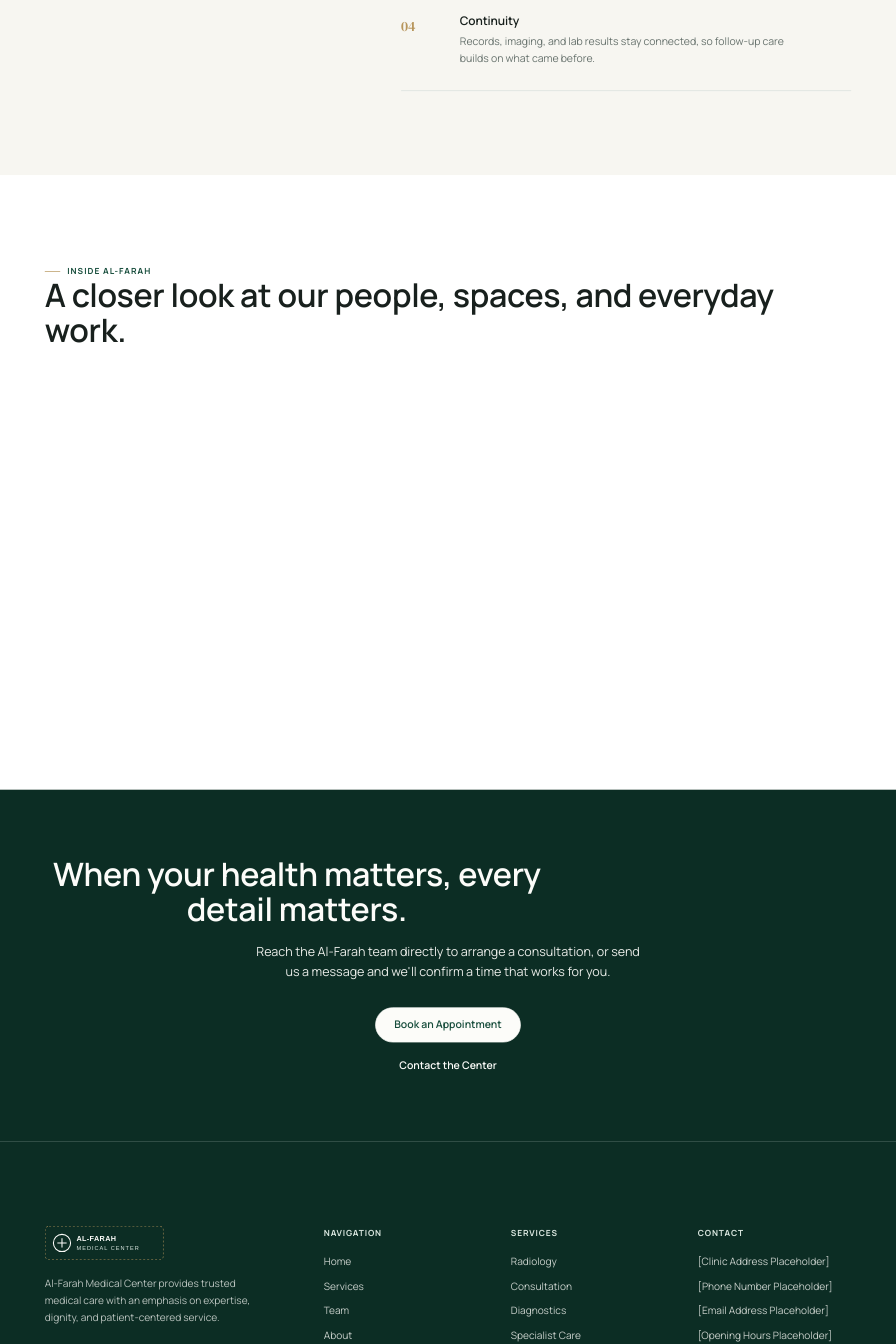
Repository: mraeesaziz45/al-farah
Page: index.html
These files come from the project's save history. The page is drawn as it stood at one moment and after the next save; the edit follows.
The browser window is 1280 px wide. The pictures show the part of the page from y = 3753 to 5673 px (the page is 5846 px tall before and 4967 px after), at 70% of full size.

Above is the page before, as saved 2026-09-19 18:36:26.

### index.html
<!DOCTYPE html>
<html lang="en">
<head>
<meta charset="UTF-8">
<meta name="viewport" content="width=device-width, initial-scale=1.0">
<title>Al-Farah Medical Center — Care Built on Trust</title>
<meta name="description" content="Al-Farah Medical Center provides experienced, patient-centered medical care — general consultation, diagnostics, radiology, and specialist services.">
<meta property="og:title" content="Al-Farah Medical Center">
<meta property="og:description" content="Care built on trust. Medicine guided by experience.">
<meta property="og:type" content="website">
<link rel="preconnect" href="https://fonts.googleapis.com">
<link rel="preconnect" href="https://fonts.gstatic.com" crossorigin>
<link href="https://fonts.googleapis.com/css2?family=Manrope:wght@400;500;600;700&family=DM+Serif+Display:ital@0;1&display=swap" rel="stylesheet">
<link rel="stylesheet" href="css/style.css">
</head>
<body>
<a href="#main" class="skip-link">Skip to content</a>

<header class="site-header">
  <div class="container header-inner">
    <a href="index.html" class="logo-link">
      <img src="assets/logo/logo-placeholder.svg" alt="Al-Farah Medical Center" width="180" height="52">
    </a>
    <nav class="main-nav" aria-label="Primary">
      <a href="index.html" aria-current="page">Home</a>
      <a href="services.html">Services</a>
      <a href="team.html">Team</a>
      <a href="about.html">About</a>
      <a href="contact.html">Contact</a>
    </nav>
    <div class="header-actions">
      <a href="contact.html" class="btn btn-primary header-cta-desktop">Book an Appointment</a>
      <button class="menu-toggle" aria-expanded="false" aria-controls="mobileMenu" aria-label="Open menu">
        <span class="bar"></span>
      </button>
    </div>
  </div>
</header>

<div class="mobile-menu" id="mobileMenu">
  <div class="mobile-menu-top">
    <img src="assets/logo/logo-placeholder.svg" alt="Al-Farah Medical Center" width="150" height="44">
    <button class="mobile-menu-close" aria-label="Close menu">
      <svg viewBox="0 0 24 24" fill="none" stroke="currentColor" stroke-width="1.6"><line x1="5" y1="5" x2="19" y2="19"/><line x1="19" y1="5" x2="5" y2="19"/></svg>
    </button>
  </div>
  <nav class="mobile-nav" aria-label="Mobile">
    <a href="index.html" aria-current="page">Home</a>
    <a href="services.html">Services</a>
    <a href="team.html">Team</a>
    <a href="about.html">About</a>
    <a href="contact.html">Contact</a>
  </nav>
  <div class="mobile-menu-cta">
    <a href="contact.html" class="btn btn-primary">Book an Appointment</a>
  </div>
</div>

<main id="main">

  <!-- HERO -->
  <section class="hero">
    <div class="hero-content">
      <div class="hero-content-inner" data-reveal>
        <p class="eyebrow">Al-Farah Medical Center</p>
        <h1 class="hero-headline">Care built on trust. Medicine guided by experience.</h1>
        <p class="hero-quote serif-statement">"Our responsibility extends beyond diagnosis. We believe every patient deserves careful attention, honest guidance, and medical care delivered with dignity."</p>
        <div class="hero-attribution">
          <span class="name">M. Raees Aziz</span>
          <span class="role">Founder - Alfarah Medical Center</span>
        </div>
        <div class="cta-row">
          <a href="contact.html" class="btn btn-primary">Book an Appointment</a>
          <a href="team.html" class="btn btn-secondary">Meet Our Team</a>
        </div>
      </div>
    </div>
    <div class="hero-media">
      <img src="assets/images/team/director-home-3.png" alt="Portrait of the Founder and Director of Al-Farah Medical Center" width="1200" height="1400">
    </div>
  </section>

  <!-- TRUST STRIP -->
  <section class="trust-strip">
    <div class="container trust-grid">
      <div class="trust-item">
        <span class="trust-mark">01</span>
        <div>
          <h3>Experienced Specialists</h3>
          <p>Clinicians drawn from varied fields of practice.</p>
        </div>
      </div>
      <div class="trust-item">
        <span class="trust-mark">02</span>
        <div>
          <h3>Patient-Centered Care</h3>
          <p>Attention shaped around each individual case.</p>
        </div>
      </div>
      <div class="trust-item">
        <span class="trust-mark">03</span>
        <div>
          <h3>Modern Diagnostics</h3>
          <p>Imaging and laboratory work under one roof.</p>
        </div>
      </div>
      <div class="trust-item">
        <span class="trust-mark">04</span>
        <div>
          <h3>Trusted Community Care</h3>
          <p>Serving families across the local community.</p>
        </div>
      </div>
    </div>
  </section>

  <!-- INTRODUCTION -->
  <section class="section bg-cream">
    <div class="container editorial-split">
      <div class="col-label" data-reveal>
        <p class="eyebrow">About Al-Farah</p>
        <h2 class="h2">A medical center built around people, not procedures.</h2>
      </div>
      <div class="col-text" data-reveal>
        <p class="body-lg">Al-Farah Medical Center was established to bring a more considered standard of care to the community it serves — one where diagnosis is careful, explanations are clear, and every visit is treated as consequential.</p>
        <p class="body-lg">The center brings together general consultation, diagnostic imaging, laboratory work, and specialist referral in a single setting, so patients are not left navigating fragmented care on their own.</p>
        <a href="about.html" class="text-link">Discover Al-Farah <svg width="14" height="14" viewBox="0 0 16 16" fill="none" stroke="currentColor" stroke-width="1.6"><path d="M3 8h10M9 4l4 4-4 4"/></svg></a>
      </div>
    </div>
  </section>

  <!-- SERVICES -->
  <section class="section bg-white">
    <div class="container">
      <div class="section-head" data-reveal>
        <p class="eyebrow">Our Services</p>
        <h2 class="h2">Medical expertise across every stage of care.</h2>
        <p class="body-lg muted">From first consultation to diagnostic follow-up, each service is structured to keep the patient informed at every step.</p>
      </div>
    </div>
    <div class="container">
      <div class="services-grid" data-reveal-group>
        <a class="service-card" href="services.html#radiology" data-reveal>
          <span class="service-index">01</span>
          <h3 class="h4">Radiology &amp; Imaging</h3>
          <p>Diagnostic imaging with specialist review and clear reporting for referring physicians and patients alike.</p>
          <span class="service-arrow">Learn more <svg viewBox="0 0 16 16" fill="none" stroke="currentColor" stroke-width="1.6"><path d="M3 8h10M9 4l4 4-4 4"/></svg></span>
        </a>
        <a class="service-card" href="services.html#consultation" data-reveal>
          <span class="service-index">02</span>
          <h3 class="h4">General Consultation</h3>
          <p>A starting point for most patients — assessment, history, and a considered plan for next steps.</p>
          <span class="service-arrow">Learn more <svg viewBox="0 0 16 16" fill="none" stroke="currentColor" stroke-width="1.6"><path d="M3 8h10M9 4l4 4-4 4"/></svg></span>
        </a>
        <a class="service-card" href="services.html#laboratory" data-reveal>
          <span class="service-index">03</span>
          <h3 class="h4">Laboratory Diagnostics</h3>
          <p>Standard laboratory testing processed with attentive turnaround and clear result explanation.</p>
          <span class="service-arrow">Learn more <svg viewBox="0 0 16 16" fill="none" stroke="currentColor" stroke-width="1.6"><path d="M3 8h10M9 4l4 4-4 4"/></svg></span>
        </a>
        <a class="service-card" href="services.html#specialist" data-reveal>
          <span class="service-index">04</span>
          <h3 class="h4">Specialist Consultation</h3>
          <p>Referral access to specialist practitioners for cases that require focused, ongoing attention.</p>
          <span class="service-arrow">Learn more <svg viewBox="0 0 16 16" fill="none" stroke="currentColor" stroke-width="1.6"><path d="M3 8h10M9 4l4 4-4 4"/></svg></span>
        </a>
        <a class="service-card" href="services.html#preventive" data-reveal>
          <span class="service-index">05</span>
          <h3 class="h4">Preventive Care</h3>
          <p>Routine screening and check-ups oriented around early detection rather than late intervention.</p>
          <span class="service-arrow">Learn more <svg viewBox="0 0 16 16" fill="none" stroke="currentColor" stroke-width="1.6"><path d="M3 8h10M9 4l4 4-4 4"/></svg></span>
        </a>
        <a class="service-card" href="services.html#patient-support" data-reveal>
          <span class="service-index">06</span>
          <h3 class="h4">Patient Support</h3>
          <p>Administrative and follow-up support so patients are never left uncertain about their next step.</p>
          <span class="service-arrow">Learn more <svg viewBox="0 0 16 16" fill="none" stroke="currentColor" stroke-width="1.6"><path d="M3 8h10M9 4l4 4-4 4"/></svg></span>
        </a>
      </div>
    </div>
  </section>

  <!-- FEATURED LEADER -->
  <section class="feature-leader bg-forest">
    <div class="feature-leader-media">
      <img src="assets/images/team/director-partner.png" alt="Portrait of the Founder and Director" width="1000" height="1250" loading="lazy" decoding="async">
    </div>
    <div class="feature-leader-content">
      <div data-reveal>
        <p class="eyebrow">Leadership</p>
        <h2 class="h2">Medicine begins with listening.</h2>
        <p class="feature-leader-quote serif-statement">"A correct diagnosis starts with a patient who feels heard. Everything at Al-Farah is organized around that principle."</p>
        <div class="feature-leader-attr">
          <span class="name">Nargis Raees</span>
          <span class="role">Director - Alfarah Medical Center</span>
        </div>
        <a href="team.html" class="btn btn-secondary">Meet the Team</a>
      </div>
    </div>
  </section>

  <!-- WHY AL-FARAH -->
  <section class="section bg-cream">
    <div class="container principles-layout">
      <div class="principles-statement" data-reveal>
        <p class="eyebrow">Why Al-Farah</p>
        <h2 class="h2">Experienced hands. Thoughtful diagnosis. Human care.</h2>
      </div>
      <div class="principle-list" data-reveal-group>
        <div class="principle-item" data-reveal>
          <span class="principle-num">01</span>
          <div>
            <h3 class="h4">Expertise</h3>
            <p>Every consultation draws on clinical training and continued attention to current practice, not routine.</p>
          </div>
        </div>
        <div class="principle-item" data-reveal>
          <span class="principle-num">02</span>
          <div>
            <h3 class="h4">Integrity</h3>
            <p>Patients receive honest assessments, including when the honest answer is a referral elsewhere.</p>
          </div>
        </div>
        <div class="principle-item" data-reveal>
          <span class="principle-num">03</span>
          <div>
            <h3 class="h4">Attention</h3>
            <p>Consultations are structured so patients have time to ask questions and understand their options.</p>
          </div>
        </div>
        <div class="principle-item" data-reveal>
          <span class="principle-num">04</span>
          <div>
            <h3 class="h4">Continuity</h3>
            <p>Records, imaging, and lab results stay connected, so follow-up care builds on what came before.</p>
          </div>
        </div>
      </div>
    </div>
  </section>

  <!-- GALLERY PREVIEW -->
  <section class="section bg-white">
    <div class="container">
      <div class="section-head-row" data-reveal>
        <div>
          <p class="eyebrow">Inside Al-Farah</p>
          <h2 class="h2">A closer look at our people, spaces, and everyday work.</h2>
        </div>
      </div>
    </div>
    <div class="container">
      <div class="gallery-preview-grid" data-reveal>
      </div>
    </div>
  </section>

  <!-- APPOINTMENT CTA -->
  <section class="cta-band bg-forest-deep">
    <div class="container">
      <h2 class="h2" data-reveal>When your health matters, every detail matters.</h2>
      <p class="body-lg" data-reveal>Reach the Al-Farah team directly to arrange a consultation, or send us a message and we'll confirm a time that works for you.</p>
      <div class="cta-row" data-reveal>
        <a href="contact.html" class="btn btn-primary">Book an Appointment</a>
      </div>
      <p class="cta-secondary-text" data-reveal><a href="contact.html" class="text-link">Contact the Center</a></p>
    </div>
  </section>

</main>

<footer class="site-footer">
  <div class="container footer-grid">
    <div>
      <img src="assets/logo/logo-placeholder-light.svg" alt="Al-Farah Medical Center" class="footer-logo" width="170" height="50">
      <p class="footer-about">Al-Farah Medical Center provides trusted medical care with an emphasis on expertise, dignity, and patient-centered service.</p>
    </div>
    <div class="footer-col">
      <p class="footer-col-title">Navigation</p>
      <ul>
        <li><a href="index.html">Home</a></li>
        <li><a href="services.html">Services</a></li>
        <li><a href="team.html">Team</a></li>
        <li><a href="about.html">About</a></li>
        <li><a href="contact.html">Contact</a></li>
      </ul>
    </div>
    <div class="footer-col">
      <p class="footer-col-title">Services</p>
      <ul>
        <li><a href="services.html#radiology">Radiology</a></li>
        <li><a href="services.html#consultation">Consultation</a></li>
        <li><a href="services.html#laboratory">Diagnostics</a></li>
        <li><a href="services.html#specialist">Specialist Care</a></li>
      </ul>
    </div>
    <div class="footer-col">
      <p class="footer-col-title">Contact</p>
      <ul>
        <li>[Clinic Address Placeholder]</li>
        <li>[Phone Number Placeholder]</li>
        <li>[Email Address Placeholder]</li>
        <li>[Opening Hours Placeholder]</li>
      </ul>
    </div>
  </div>
  <div class="container footer-bottom">
    <p>&copy; 2026 Al-Farah Medical Center</p>
    <div class="footer-legal">
      <a href="#">Privacy Policy</a>
      <a href="#">Terms</a>
    </div>
  </div>
</footer>

<script src="js/main.js"></script>
</body>
</html>

Loaded but not shown: js/main.js (276 lines, source omitted); css/style.css (1057 lines, source omitted)

After the next save:
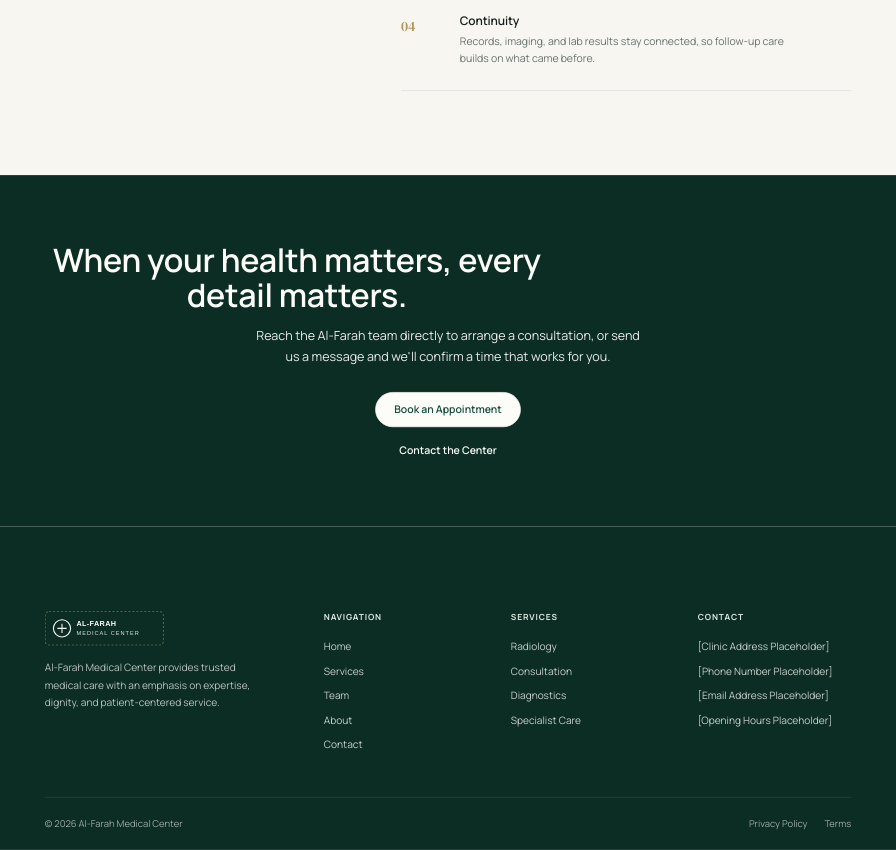
Saved 26 s later.
--- a/index.html
+++ b/index.html
@@ -239,21 +239,6 @@
     </div>
   </section>
 
-  <!-- GALLERY PREVIEW -->
-  <section class="section bg-white">
-    <div class="container">
-      <div class="section-head-row" data-reveal>
-        <div>
-          <p class="eyebrow">Inside Al-Farah</p>
-          <h2 class="h2">A closer look at our people, spaces, and everyday work.</h2>
-        </div>
-      </div>
-    </div>
-    <div class="container">
-      <div class="gallery-preview-grid" data-reveal>
-      </div>
-    </div>
-  </section>
 
   <!-- APPOINTMENT CTA -->
   <section class="cta-band bg-forest-deep">
